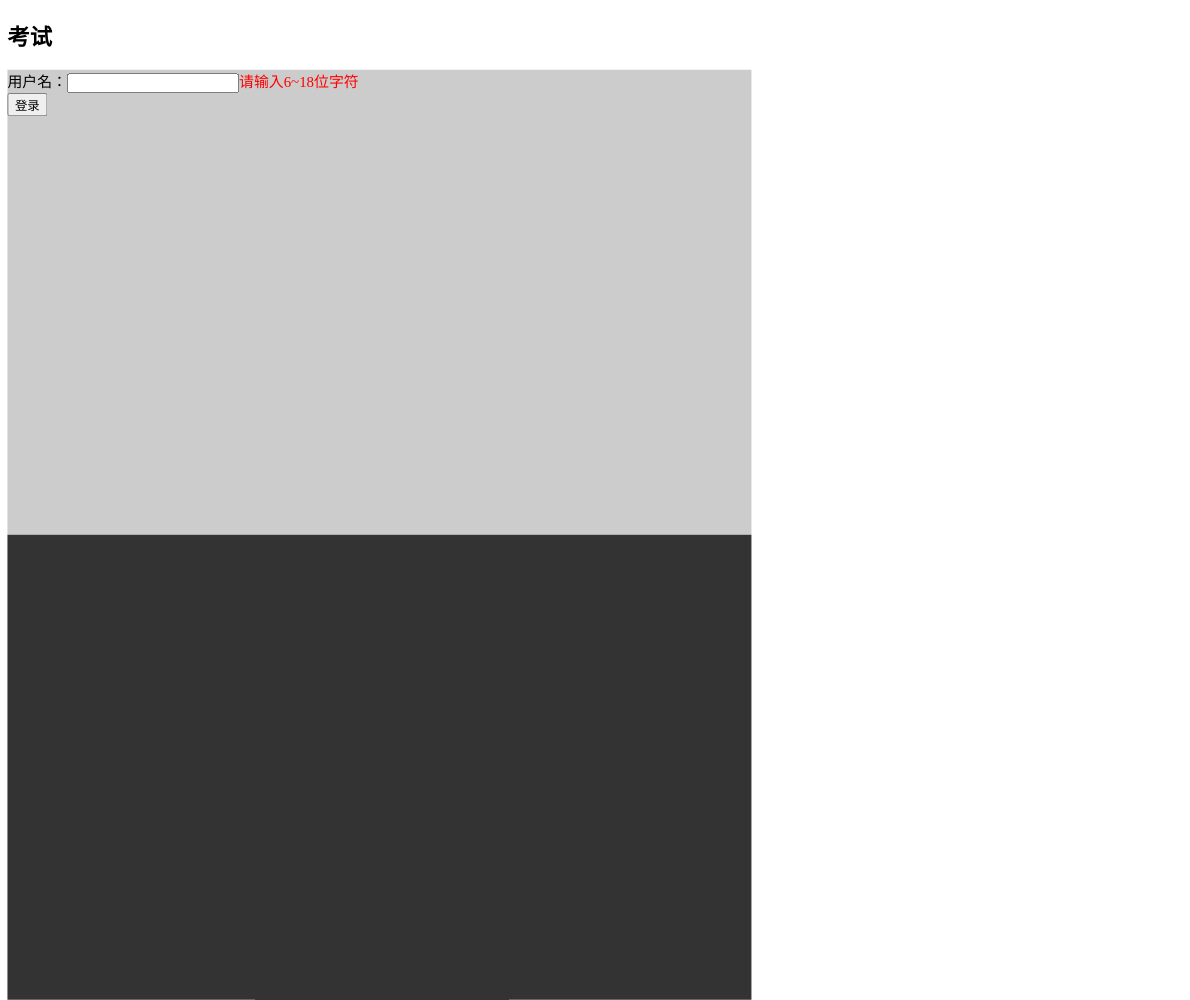
Repository: Sjl-2114/2006z
Page: / (app in B卷/vue-kaoshi/)
The author's editor kept a copy of each file at every save. The page is drawn from the files as they stood at one save, then again after a run of saves.
The browser window is 1280 px wide. The pictures show the whole page, at 93% of full size.
The project was rebuilt for these pictures with package versions that can differ from the ones it lists, and the page was loaded fresh each time. Also part of the build but not shown: B卷/vue-kaoshi/src/views/T1.vue, B卷/vue-kaoshi/src/views/T2.vue.

Above is the page before, as saved 2021-04-29 16:51:56.

### B卷/vue-kaoshi/src/App.vue
<template>
  <div>
    <h2>考试</h2>
      <div class="left">
         <span>用户名：</span><input type="text" v-model="ke">
         <span style="color:red" v-if="">{{ndm}}</span>
        <br>
          <button @click="login">登录</button>
      </div>
      <div class="right">

      </div>
  </div>
</template>
<script>
  import data from '../public/data.json'
export default {
  data() {
    return {
      ke:'',
      ndm:'请输入6~18位字符',
      isS:false,
    }
  },
  methods:{
    login(){
      let op = /^\w{6,18}$/
      let tt = op.test(this.ke)
      if (!tt) {
        this.isS = true
      } else {

      }
    }
  }
}
</script>
<style >
    .left{
    width: 800px;
      height: 500px;
      background: #ccc;
      float: left;
  }
  .right{
    width: 800px;
    height: 500px;
    background: rgba(0, 0, 0, .8);
    float: left;
  }
</style>

### B卷/vue-kaoshi/src/router/index.js
import Vue from 'vue'
import VueRouter from 'vue-router'
import T1 from '../views/T1.vue'
import T2 from '../views/T2.vue'

Vue.use(VueRouter)

const routes = [
  {
    path: '/t1',
    component: T1
  },
  {
    path: '/t2',
    component: T2
  }
]

const router = new VueRouter({
  mode: 'history',
  base: process.env.BASE_URL,
  routes
})

export default router

### B卷/vue-kaoshi/public/data.json
{
  "data": [
    {
      "title": "p标签是干什么用的？",
      "options": [
        "实现换行的",
        "显示图片的",
        "制作按钮的",
        "实现分段的"
      ],
      "right": 3
    },
    {
      "title": "a标签是干什么用的？",
      "options": [
        "实现换行的",
        "显示图片的",
        "超链接按钮",
        "实现分段的"
      ],
      "right": 2
    },
    {
      "title": "img标签是干什么用的？",
      "options": [
        "实现换行的",
        "显示图片的",
        "制作按钮的",
        "实现分段的"
      ],
      "right": 1
    },
    {
      "title": "br标签是干什么用的？",
      "options": [
        "实现换行的",
        "显示图片的",
        "制作按钮的",
        "实现分段的"
      ],
      "right": 0
    }
  ]
}

Loaded but not shown: B卷/vue-kaoshi/public/index.html (common file); B卷/vue-kaoshi/src/main.js (common file)

After the next 2 saves:
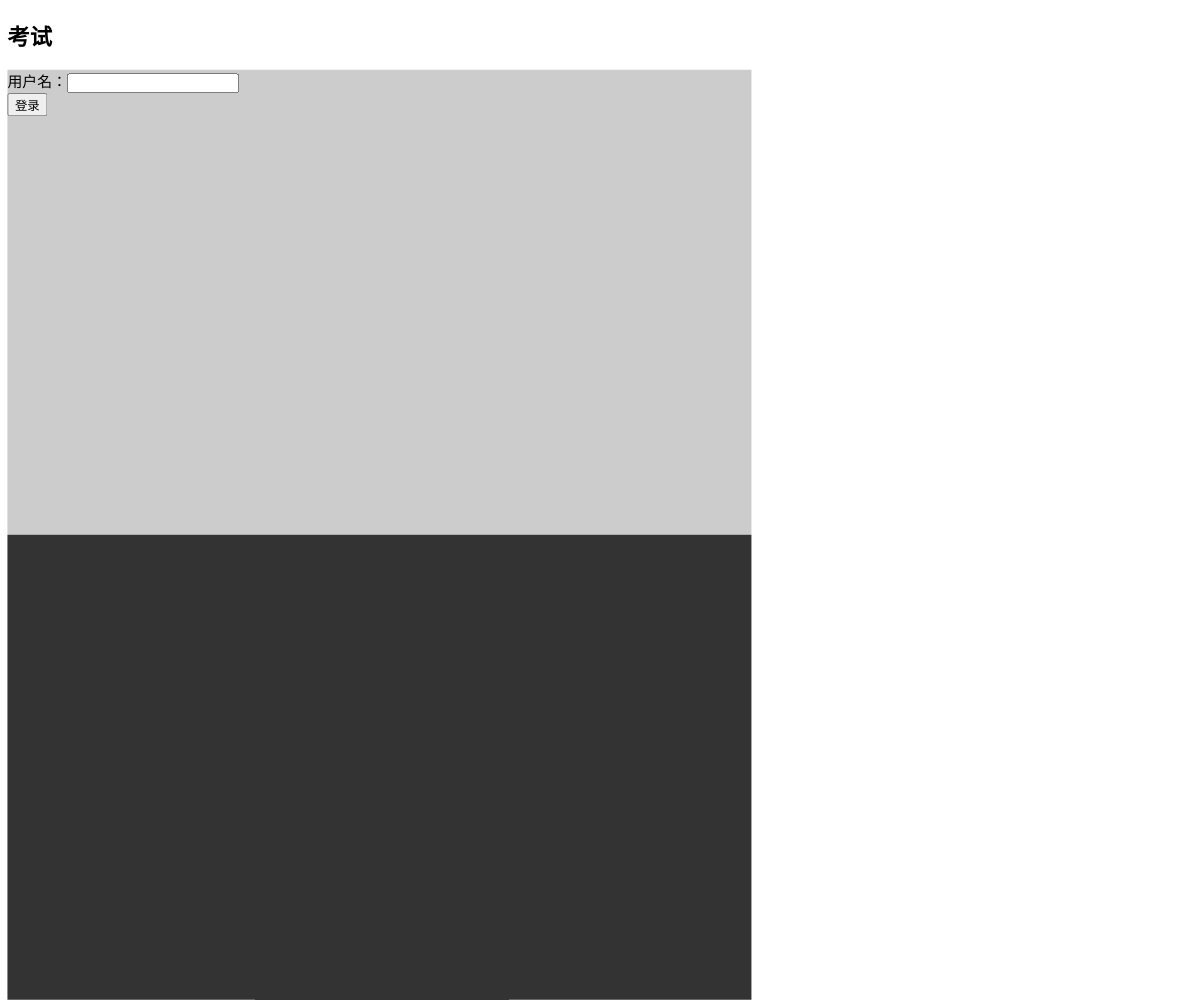
The 2 saves are shown as one change because they came seconds apart.
The last was saved 14 s later.
--- a/B卷/vue-kaoshi/src/App.vue
+++ b/B卷/vue-kaoshi/src/App.vue
@@ -3,7 +3,7 @@
     <h2>考试</h2>
       <div class="left">
          <span>用户名：</span><input type="text" v-model="ke">
-         <span style="color:red" v-if="">{{ndm}}</span>
+         <span style="color:red" v-show="isS">{{ndm}}</span>
         <br>
           <button @click="login">登录</button>
       </div>
